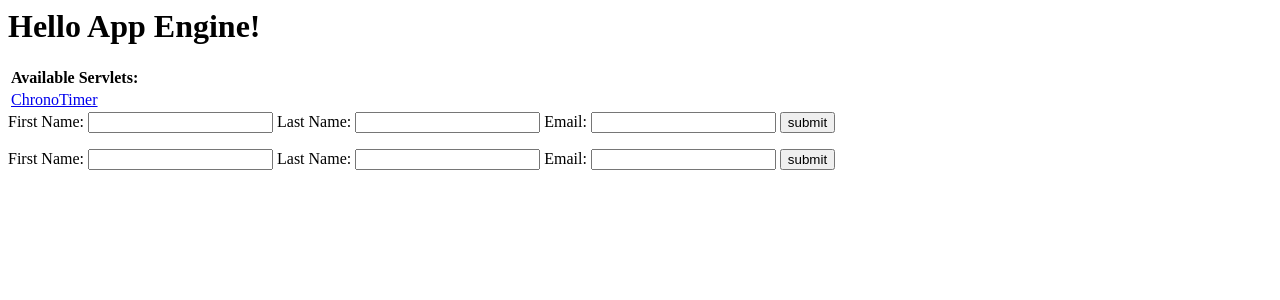
Repository: LogicLion/ChronTimer
Page: ChronoTimer/war/index.html
The author's editor kept a copy of each file at every save. The page is drawn from the files as they stood at one save, then again after the next save.
The browser window is 1280 px wide. The pictures show the whole page.

Above is the page before, as saved 2015-02-25 20:17:28.

### ChronoTimer/war/index.html
<!DOCTYPE HTML PUBLIC "-//W3C//DTD HTML 4.01 Transitional//EN">
<!-- The HTML 4.01 Transitional DOCTYPE declaration-->
<!-- above set at the top of the file will set     -->
<!-- the browser's rendering engine into           -->
<!-- "Quirks Mode". Replacing this declaration     -->
<!-- with a "Standards Mode" doctype is supported, -->
<!-- but may lead to some differences in layout.   -->

<html>
  <head>
    <meta http-equiv="content-type" content="text/html; charset=UTF-8">
    <title>Hello App Engine</title>
  </head>

  <body>
    <h1>Hello App Engine!</h1>

    <table>
      <tr>
        <td colspan="2" style="font-weight:bold;">Available Servlets:</td>
      </tr>
      <tr>
        <td><a href="chronotimer">ChronoTimer</a></td>
      </tr>
    </table>
    <form method="get" action="chronotimer">
        First Name: <input name="nameonform" type="text"/>
    	Last Name: <input name="lastname" type="text"/>
    	Email: <input name="email" type="text"/>
    	<input type="submit" value="submit"/>
    </form>

    <form method="post" action="chronotimer">
    	First Name: <input name="nameonform" type="text"/>
    	Last Name: <input name="lastname" type="text"/>
    	Email: <input name="email" type="text"/>
    	<input type="submit" value="submit"/>
    </form>
  </body>
</html>

After the next save:
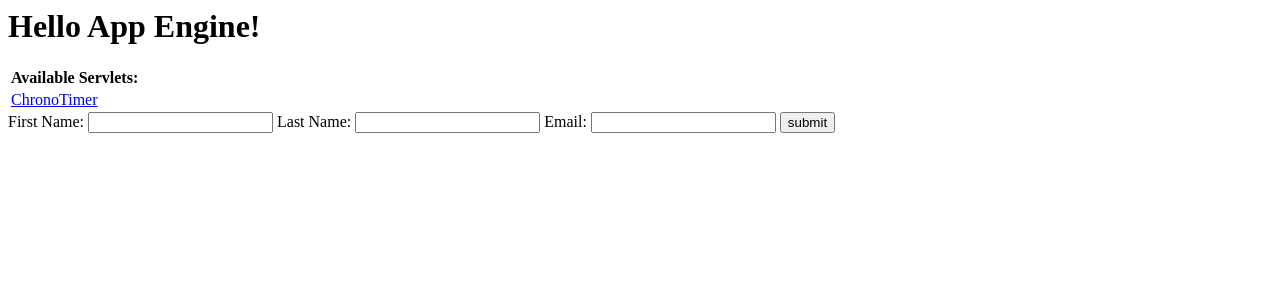
Saved 46 s later.
--- a/ChronoTimer/war/index.html
+++ b/ChronoTimer/war/index.html
@@ -30,11 +30,5 @@
     	<input type="submit" value="submit"/>
     </form>
 
-    <form method="post" action="chronotimer">
-    	First Name: <input name="nameonform" type="text"/>
-    	Last Name: <input name="lastname" type="text"/>
-    	Email: <input name="email" type="text"/>
-    	<input type="submit" value="submit"/>
-    </form>
   </body>
 </html>
